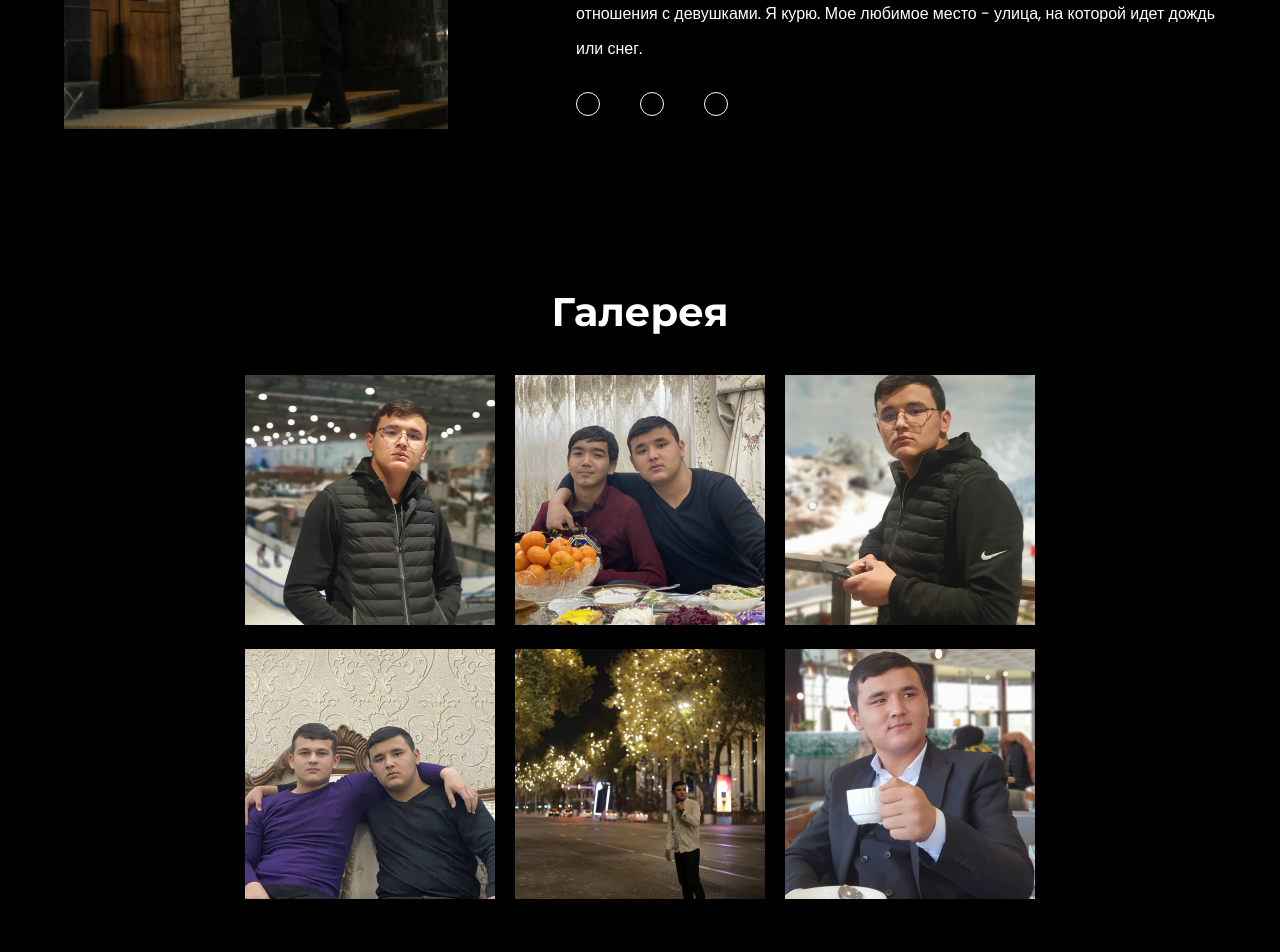
Repository: sardorexe/xishnik
Page: /
An editor plug-in stored every save of this project. The page is shown before and after a run of saves, followed by the edit.
The browser window is 1280 px wide. The pictures show the part of the page from y = 1208 to 2160 px (the page is 2160 px tall).
Some icons come from a web library that is not loaded, so they are not drawn. Some web libraries are served in a nearby version. The project was rebuilt for these pictures with package versions that can differ from the ones it lists, and the page was loaded fresh each time. Some packages were replaced by stand-ins written for this rebuild. The framework's server and built-in components were replaced by stand-ins that run in the browser. Also part of the build but not shown: next.config.js.

Above is the page before, as saved 2021-09-27 21:48:23.

After the next 2 saves:
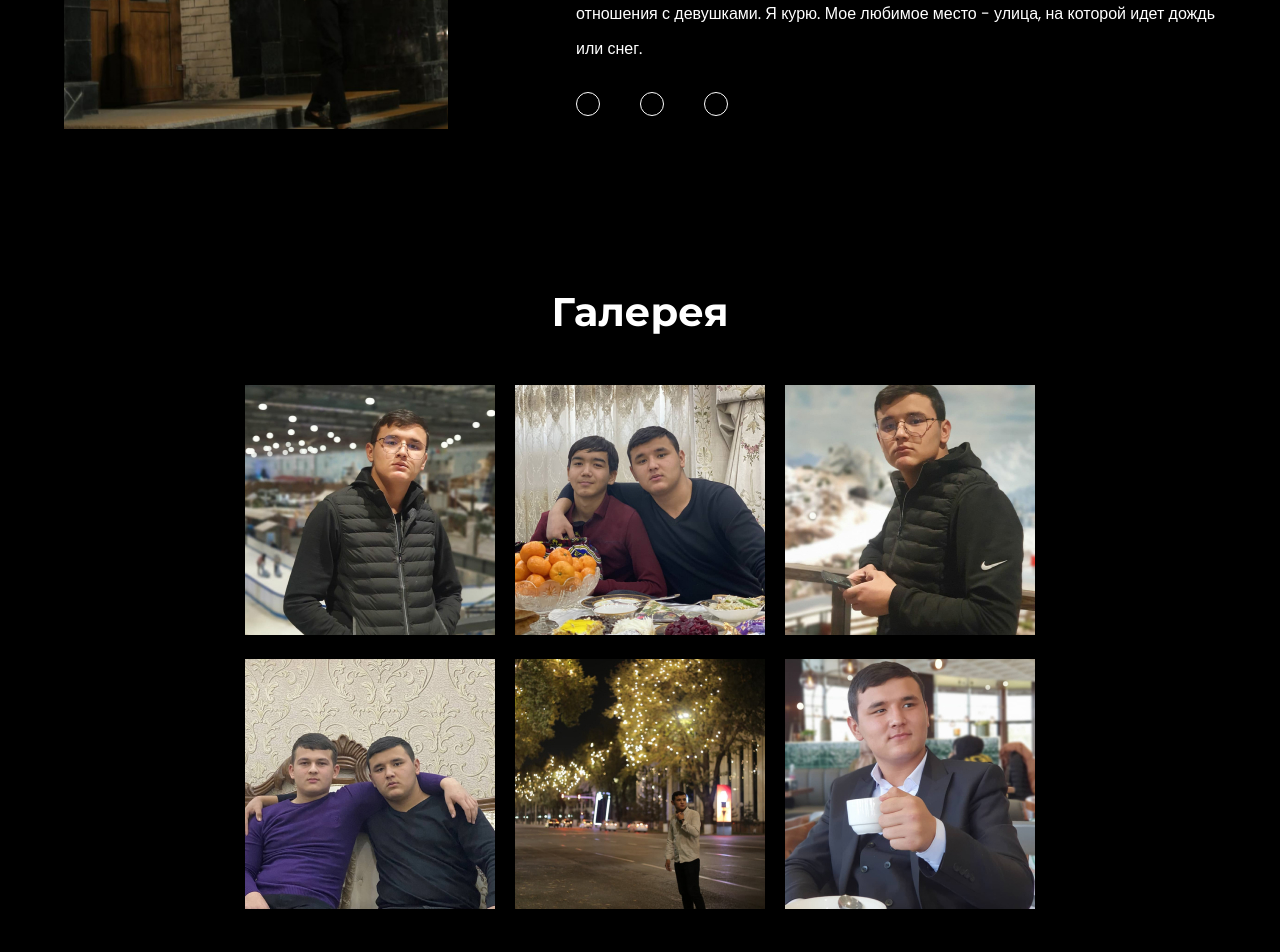
The 2 saves are shown as one change because they came seconds apart.
The last was saved 16 s later.
--- a/styles/Gallery.module.css
+++ b/styles/Gallery.module.css
@@ -14,6 +14,7 @@
   padding-top: 55px;
   font-size: 40px;
   text-align: center;
+  padding-bottom: 20px;
 }
 
 .photos {

After the save that followed:
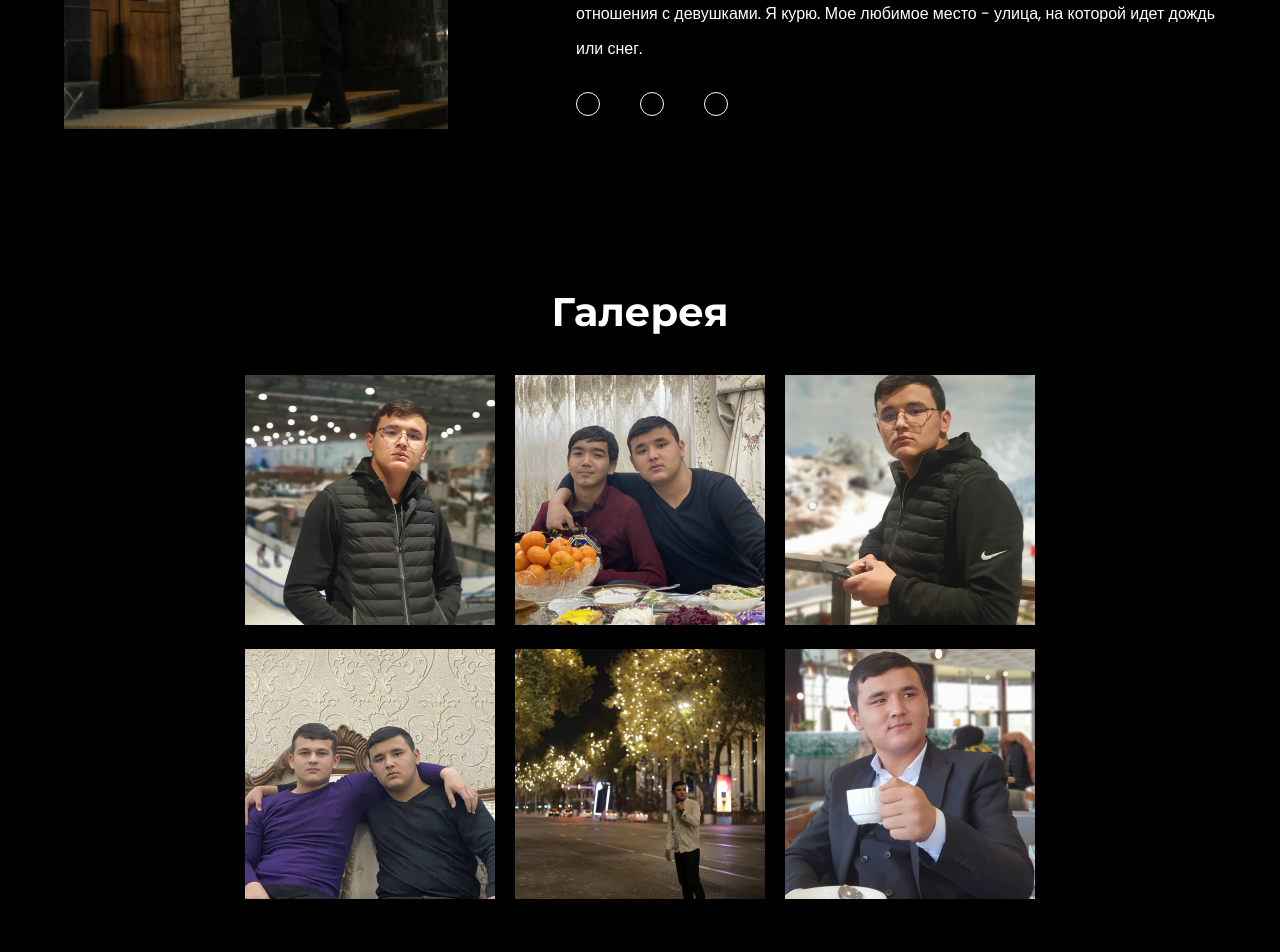
Saved 13 s later.
--- a/styles/Gallery.module.css
+++ b/styles/Gallery.module.css
@@ -14,7 +14,6 @@
   padding-top: 55px;
   font-size: 40px;
   text-align: center;
-  padding-bottom: 20px;
 }
 
 .photos {
